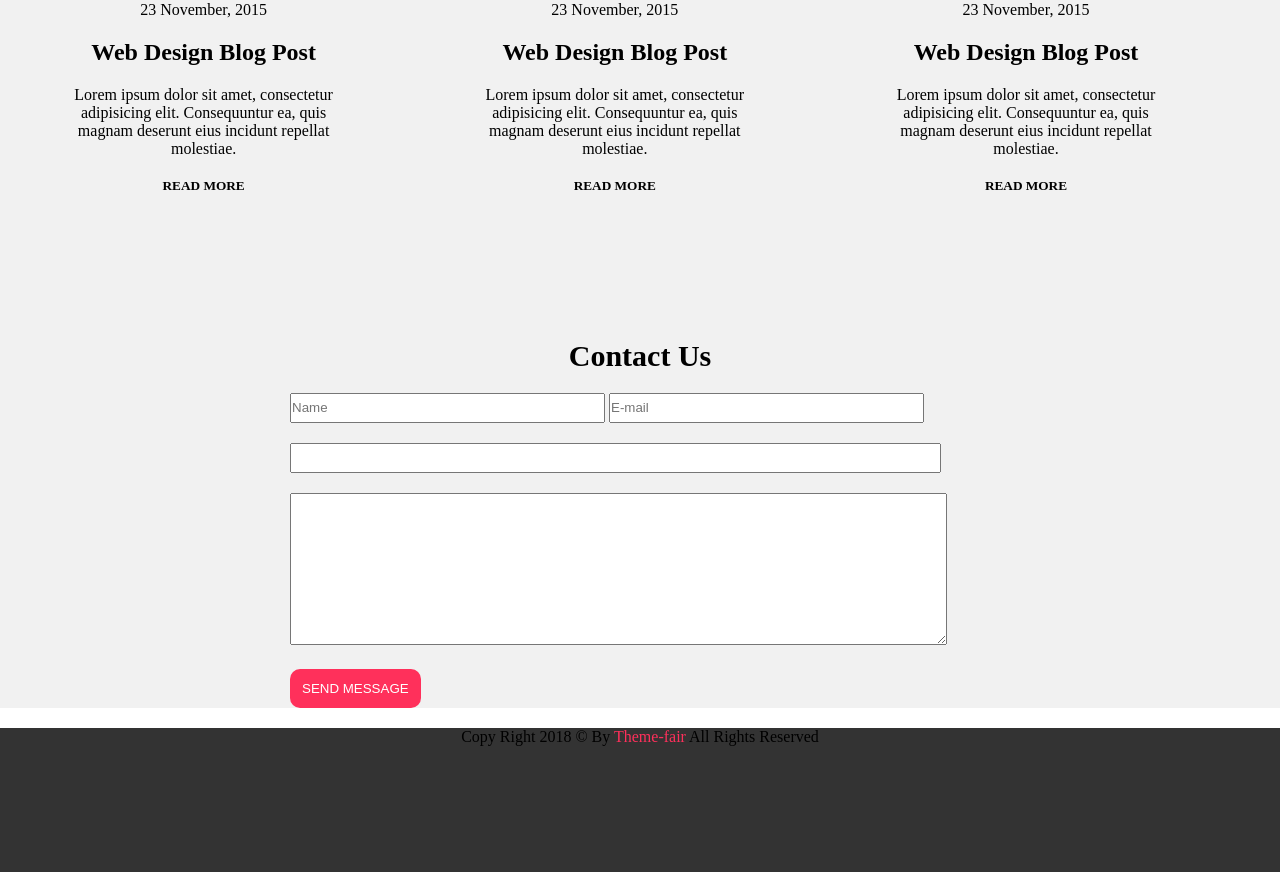
Repository: Ahmedalid/New-project
Page: Rout/index.html
An editor plug-in stored every save of this project. The page is shown before and after a run of saves, followed by the edit.
The browser window is 1280 px wide. The pictures show the part of the page from y = 3461 to 4333 px (the page is 4333 px tall).
A picture or video elsewhere on the page could not be fetched, so the positions and the page height are approximate.

Above is the page before, as saved 2023-05-24 20:00:14.

### Rout/index.html
<!DOCTYPE html>
<html lang="en">

<head>
    <meta charset="UTF-8">
    <meta http-equiv="X-UA-Compatible" content="IE=edge">
    <meta name="viewport" content="width=device-width, initial-scale=1.0">
    <link rel="stylesheet" href="https://cdnjs.cloudflare.com/ajax/libs/font-awesome/6.4.0/css/all.min.css">
    <link rel="stylesheet" href="css/style.css">
    <title>Document</title>
</head>

<body>
    <div class="bg-img" style="background-image: url(img/slider-02.jpg);">

        <div class="container pt">
            <div class="header-nav logo-nav">
                <h2>Fokir</h2>
            </div>
            <div class="header-nav">
                <ul>
                    <li><span class="nav-home">Home</span></li>
                    <li>About</li>
                    <li>Services </li>
                    <li>Portfolio</li>
                    <li>Testimonial</li>
                    <li>Blog </li>
                    <li>Contact</li>


                </ul>

            </div>
        </div>
        <div class="auto container">
            <h4 class="mt">Hello i'm</h4>
            <h1 class="mt">ALEX SMITH</h1>
            <p class="mt">Professional Web DesignerDesignerDeveloper</p>
        </div>

    </div>
    <div class="section-mt">
        <div class="section-2 container ">
            <div class="element-1">
                <span>
                    <img src="img/work-7.jpg" alt="Work-7">
                </span>
            </div>
            <div class="element-1">
                <h1><span>I</span>HELLO,</h1>
                <p class="mt">
                    Lorem ipsum dolor sit amet, consectetur adipisicing elit, sed do eiusmod tempor incididunt ut labore
                    et dolore magna aliqua. Ut enim ad minim veniam, quis nostrud exercitation ullamco laboris nisi ut
                    aliquip ex ea commodo consequat. Duis aute irure dolor in reprehenderit in voluptate velit esse
                    cillum dolore eu fugiat nulla pariatur. Excepteur sint occaecat cupidatat non proident, sunt in
                    culpa qui officia deserunt mollit anim id est laborum.
                </p>
                <div class="mt border"> </div>
                <div class="Name mt">
                    <div class="mt">Name: Rdam smith</div>
                    <div class="mt">Age: 26 Year</div>
                    <div class="mt">Freelance: Available</div>
                </div>
                <div class="Name mt">
                    <div class="mt">Job Title: UI/UX Designe</div>
                    <div class="mt">Location: United States, US</div>
                    <div class="mt">E-mail: example@gmail.com</div>
                </div>
                <div class="mt">
                    <button class="btn">Download CV <span><i class="fa fa-download"
                                aria-hidden="true"></i></span></button>

                    <button class="btn">Hire My <span><i class="fa fa-paper-plane"
                                aria-hidden="true"></i></span></button>
                </div>


            </div>
        </div>
    </div>
    <!-- section-3 -->
    <div class="section-bg">
        <section class="section-mt  ">
            <h1 class="pt">Our Services</h1>
            <div class="mt ">
                <div class="Services text-center">
                    <span class="mt"><i class="fa-solid fa-pen text-color"></i></span>
                    <h2 class="mt">UI/UX DESIGN</h2>
                    <p class="mt"> Lorem ipsum dolor sit amet, consectetur adipisicing elit. Ratione adipisci mollitia
                        quis
                        necstatibus.</p>
                </div>
                <div class="Services text-center">
                    <span class="mt"><i class="fa-solid fa-pen text-color"></i></span>
                    <h2 class="mt">APP DEVELOPMENT</h2>
                    <p class="mt"> Lorem ipsum dolor sit amet, consectetur adipisicing elit. Ratione adipisci mollitia
                        quis
                        necstatibus.</p>
                </div>
                <div class="Services text-center">
                    <span class="mt"><i class="fa-solid fa-pen text-color"></i></span>
                    <h2 class="mt">PRODUCT DESIGN</h2>
                    <p class="mt"> Lorem ipsum dolor sit amet, consectetur adipisicing elit. Ratione adipisci mollitia
                        quis
                        necstatibus.</p>
                </div>
                <div class="Services text-center">
                    <span class="mt"><i class="fa-solid fa-pen text-color"></i></span>
                    <h2 class="mt">UI/UX DESIGN</h2>
                    <p class="mt"> Lorem ipsum dolor sit amet, consectetur adipisicing elit. Ratione adipisci mollitia
                        quis
                        necstatibus.</p>
                </div>

            </div>
        </section>
    </div>
    <!-- section-4 -->
    <div class="">
        <section class="section-mt  ">
            <h1 class="pt">Our Portfolio</h1>
            <div class="text-center">
                <p class="p-Our">All</p>
                <p class="p-Our">GRAPHIC</p>
                <p class="p-Our">WEB DESIGN</p>
                <p class="p-Our">PRADNIG</p>
            </div>
            <div class="mt container">
                <div class="Portfolio text-center">
                    <span>
                        <img src="img/1.jpg" alt="">
                    </span>
                </div>
                <div class="Portfolio text-center">
                    <span>
                        <img src="img/2.jpg" alt="">
                    </span>
                </div>
                <div class="Portfolio text-center">
                    <span>
                        <img src="img/3.jpg" alt="">
                    </span>
                </div>
                <div class="Portfolio text-center">
                    <img src="img/5.jpg" alt="">
                </div>
                <div class="Portfolio text-center">
                    <img src="img/4.jpg" alt="">
                </div>
                <div class="Portfolio text-center">
                    <img src="img/6.jpg" alt="">
                </div>

            </div>
        </section>
    </div>

    <div class="section-bg">
        <section class="section-mt  ">
            <div class="mt ">
                <div class="Services text-center">
                    <span class="mt"><i class="fa-solid fa-pen text-color"></i></span>
                    <h2 class="mt">7</h2>
                    <p class="mt">Lorem, ipsum dolor.</p>
                </div>
                <div class="Services text-center">
                    <span class="mt"><i class="fa-solid fa-pen text-color"></i></span>
                    <h2 class="mt">9</h2>
                    <p class="mt"> Lorem ipsum dolor sit..</p>
                </div>
                <div class="Services text-center">
                    <span class="mt"><i class="fa-solid fa-pen text-color"></i></span>
                    <h2 class="mt">5</h2>
                    <p class="mt">Lorem ipsum dolor sit..</p>
                </div>
                <div class="Services text-center">
                    <span class="mt"><i class="fa-solid fa-pen text-color"></i></span>
                    <h2 class="mt">7</h2>
                    <p class="mt"> Lorem, ipsum dolor.</p>
                </div>

            </div>
        </section>
    </div>
    <section class="section-mt">
        <h1 class="text-center">Client's Feedback</h1>
        <div class="text-center mt">
            <img src="img/2 (1).jpg" alt="" class="w-3">
        </div>
    </section>
    <div class="section-bg">
        <section class="section-mt  ">
            <h1 class="pt">Our Blog</h1>
            <div class="mt ">
                <div class="Blog text-center">
                    <span class="mt">
                        <img src="img/1 (1).jpg" alt="">
                    </span>
                    <p class="mt">23 November, 2015</p>
                    <h2 class="mt"> Web Design Blog Post </h2>
                    <p class="mt">Lorem ipsum dolor sit amet, consectetur adipisicing elit. Consequuntur ea, quis magnam deserunt
                        eius incidunt repellat molestiae.</p>
                        <h5 class="mt">READ MORE </h5>


                </div>
                <div class="Blog text-center">
                    <span class="mt">
                        <img src="img/1 (1).jpg" alt="">
                    </span>
                    <p class="mt">23 November, 2015</p>
                    <h2 class="mt"> Web Design Blog Post </h2>
                    <p class="mt">Lorem ipsum dolor sit amet, consectetur adipisicing elit. Consequuntur ea, quis magnam deserunt
                        eius incidunt repellat molestiae.</p>
                        <h5 class="mt">READ MORE </h5>


                </div>
                <div class="Blog text-center">
                    <span class="mt">
                        <img src="img/1 (1).jpg" alt="">
                    </span>
                    <p class="mt">23 November, 2015</p>
                    <h2 class="mt"> Web Design Blog Post </h2>
                    <p class="mt">Lorem ipsum dolor sit amet, consectetur adipisicing elit. Consequuntur ea, quis magnam deserunt
                        eius incidunt repellat molestiae.</p>
                        <h5 class="mt">READ MORE </h5>


                </div>



            </div>
        </section>
        <section class="section-mt">
            <div class="text-center">
                <h1>Contact Us</h1>

            </div>
            <div class="Contact">
                <div class="mt">
                 <input type="text" placeholder="Name" class="w-5 h-input" name="" id="">
                <input type="text" name="" id="" placeholder="E-mail" class="w-5 input-l h-input">
                <input type="text" class="w-10 mt h-input" name="" id="">
                <textarea name="" class="mt" id="" cols="80" rows="10"></textarea>
                <button class="btn mt">SEND MESSAGE</button>
                </div>
            </div>
        </section>
    </div>
    <footer class="mt">
        <div class="text-center">
            <span></span>

            <p>Copy Right 2018 © By <span class="Theme-fair">Theme-fair</span> All Rights Reserved</p>
        </div>
    </footer>
</body>

</html>

### Rout/css/style.css
*{
    margin: 0;
    padding: 0;
    box-sizing: border-box;
}
.container{
    margin: auto 111px;
}
.bg-img{
    background-repeat: no-repeat;
    background-size: cover;
    height: 100vh;
}
.header-nav{
    display: inline-block;
    width: 49%;
    color: white;
}
.pt{
    padding-top: 25px;
}
.mt{
    margin-top: 20px;
}
.logo-nav h2{
    color: #ff305b;
    font-weight: bold;
    cursor: pointer;
    transition: 1.5s;
}
.logo-nav h2:hover{
    text-decoration: underline;
}
.header-nav ul li{
    display: inline-block;
    padding-left: 17px;
}
.nav-home{
    color: #ff305b;
}
.header-nav ul li:hover{
    text-decoration: underline;
    color: #ff305b;
    cursor: pointer;
}
.auto{
    /* margin: auto; */
    padding-top: 230px;
    color: white;
    text-align: center;
    font-weight: bold;
}
.element-1{
    display: inline-block;
    width: 49%;
    vertical-align: top;
}
.element-1 h1 span{
    color: #ff305b;
}
.border{
    border: dotted 1px black;
}
.Name{
    display: inline-block;
    width: 48%;
}
.section-mt{
    margin-top: 30px;
}
.btn{
    border: none;
    outline: none;
    background-color: #ff305b;
    color: white;
    padding: 12px;
    border-radius: 10px;
    cursor: pointer;
    transition: 0.5s;
}
.btn:hover{
    background-color: #ec2403;
}
.btn span i{
    margin-left: 7px;
}
.section-mt h1{
    text-align: center;
    font-size: 30px;
    font-weight: bold;
    padding-top: 100px;
}
.section-bg{
    background-color: #f1f1f1;

}
.Services{
    margin: auto 50px;
    display: inline-block;
    width: 15%;
    padding: 15px;
    cursor: pointer;
    transition: width 2s;
}
.text-color{
    color: #ff305b;
}
.text-center{
    text-align: center;
}
.Services:hover{
    background-color: white;
    width: 20%;

}

.Portfolio{
    /* margin: auto 50px; */
    display: inline-block;
    width: 33%;
    /* padding: 15px; */
    cursor: pointer;
    transition: width 2s;
}
img{
    width: 100%;
}
.p-Our{
    display: inline-block;
    text-align: center;
    margin-top: 15px;
    padding-left: 20px;
    transition: all 0.5s;
    cursor: pointer;
}
.p-Our:hover{
    border-bottom: 1px solid #ff305b;
}
.w-3{
    width: 30%;
}
.Blog{
    margin: auto 50px;
    display: inline-block;
    width: 24%;
    padding: 15px;
    cursor: pointer;
    transition: width 2s;
}
.Contact{
    margin: auto 290px;
}
.w-5{
    width: 45%;
}
.h-input{
    height: 30px;
}
.w-10{
    width: 93%;
}
.Theme-fair{
    color: #ff305b;
}
footer{
    background-color: #333333;
    height: 20vh;
}

After the next 2 saves:
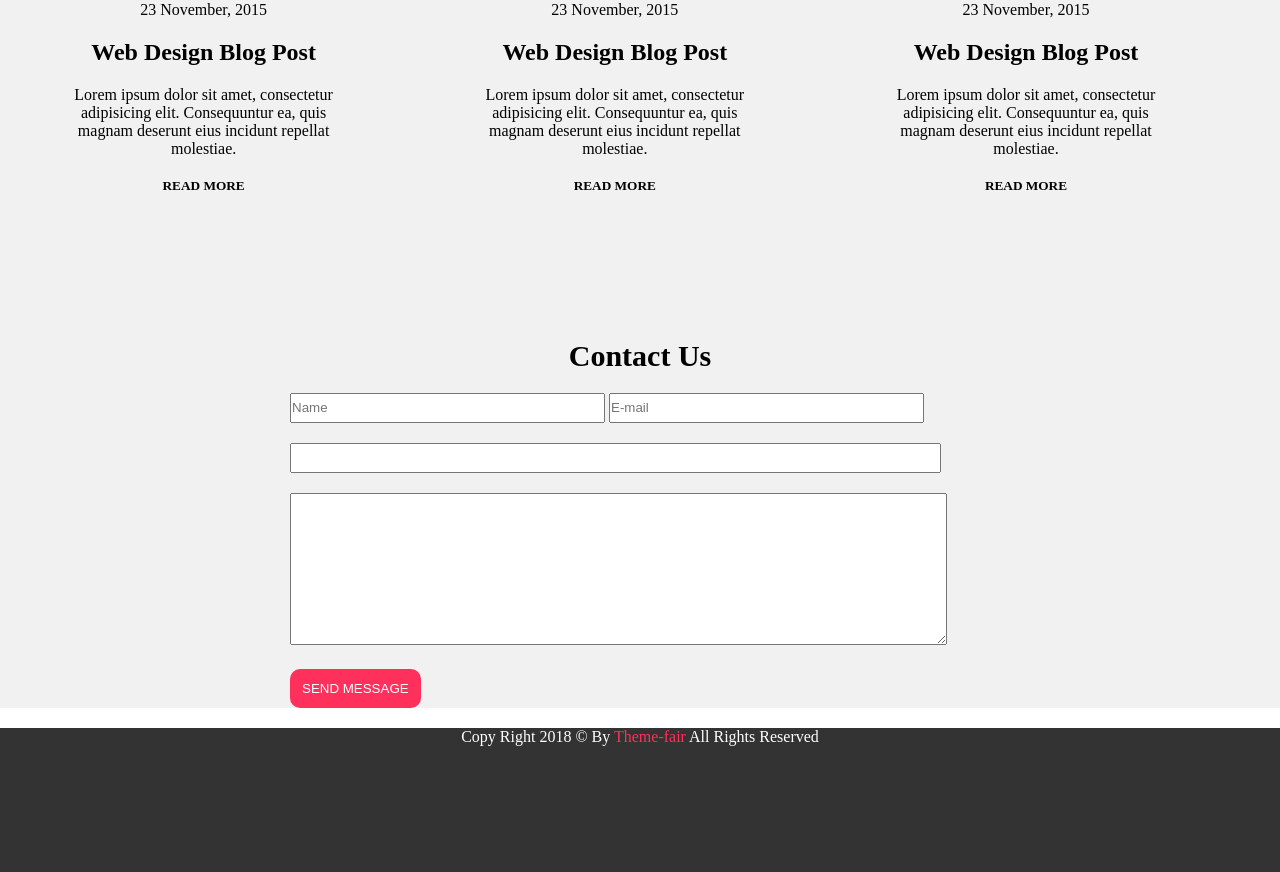
The 2 saves are shown as one change because they came seconds apart.
The last was saved 8 s later.
--- a/Rout/css/style.css
+++ b/Rout/css/style.css
@@ -165,4 +165,5 @@ img{
 footer{
     background-color: #333333;
     height: 20vh;
-}
+
+color: white;}
